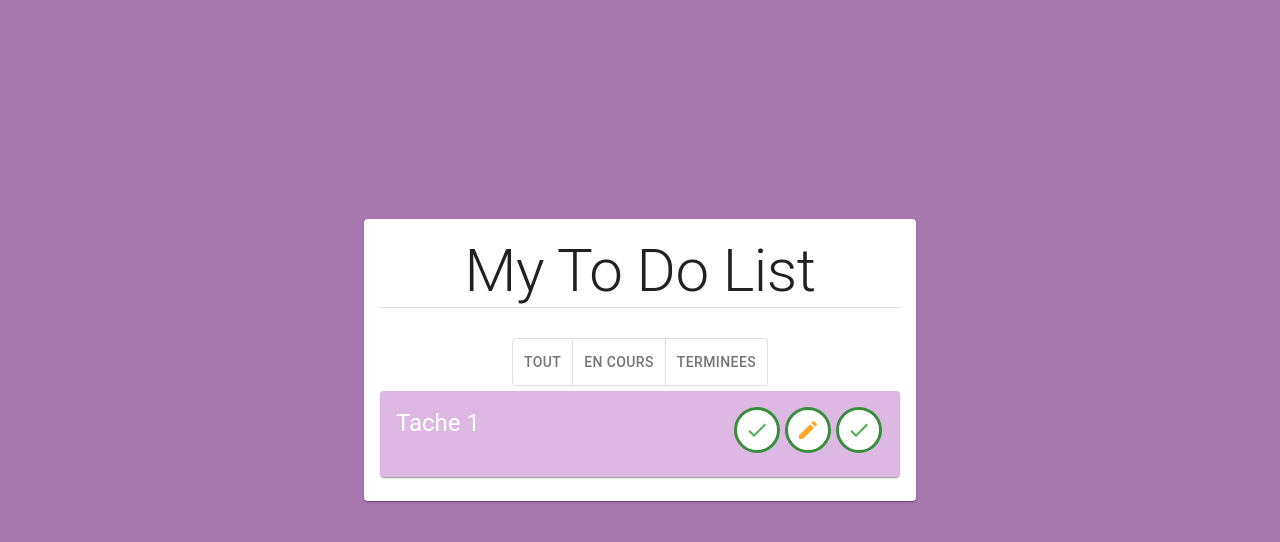
Repository: Fathiyasmine/Todo-list-project
Page: /
The author's editor kept a copy of each file at every save. The page is drawn from the files as they stood at one save, then again after the next save.
The browser window is 1280 px wide. The pictures show the whole page.
The project was rebuilt for these pictures with package versions that can differ from the ones it lists, and the page was loaded fresh each time.

Above is the page before, as saved 2025-12-07 18:45:42.

After the next save:
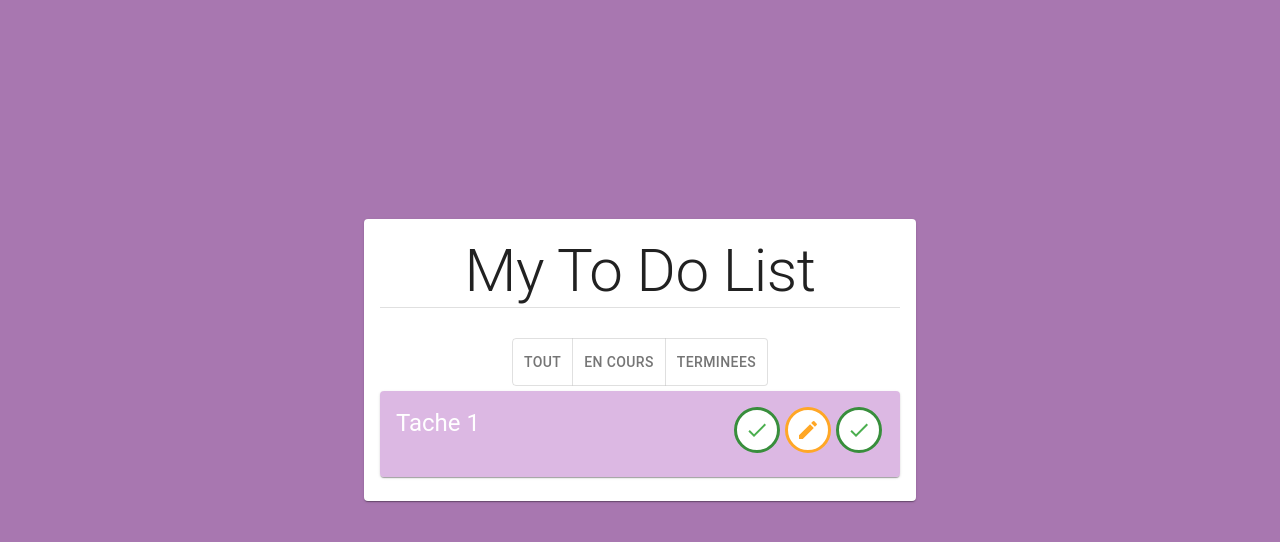
Saved 46 s later.
--- a/src/components/Todo.js
+++ b/src/components/Todo.js
@@ -46,7 +46,7 @@ export default function Todo() {
                 style={{
                   color: "#FFA726",
                   background: "white",
-                  border: "solid 3px #388E3C",
+                  border: "solid 3px #FFA726",
                 }}
               >
                 <EditIcon />
